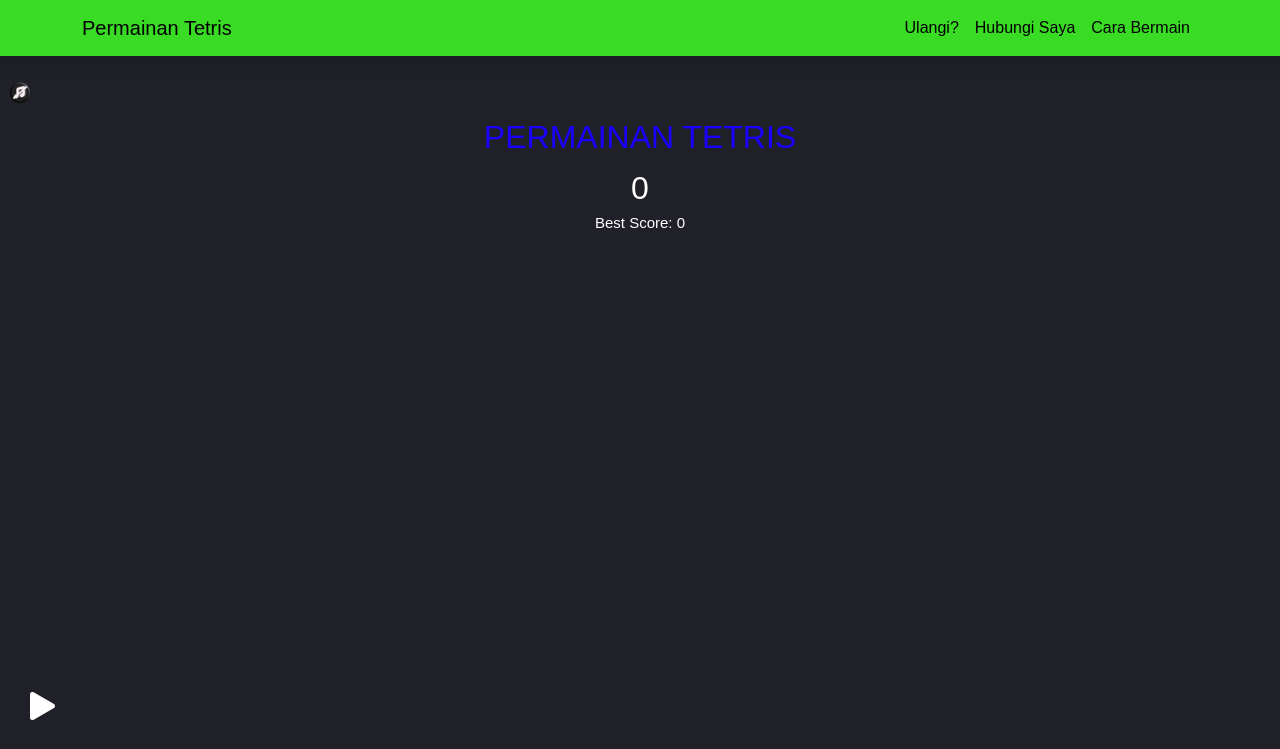
Repository: GwendiWisnuAnggoro/GwendiWisnuAnggoro.github.io
Page: Bahasa Indonesia/game/Tetris/tetris.html
These files come from the project's save history. The page is drawn as it stood at one moment and after the next save; the edit follows.
The browser window is 1280 px wide. The pictures show the whole page.

Above is the page before, as saved 2023-02-07 19:30:12.
Console error: SyntaxError: Unexpected end of input

After the next save:
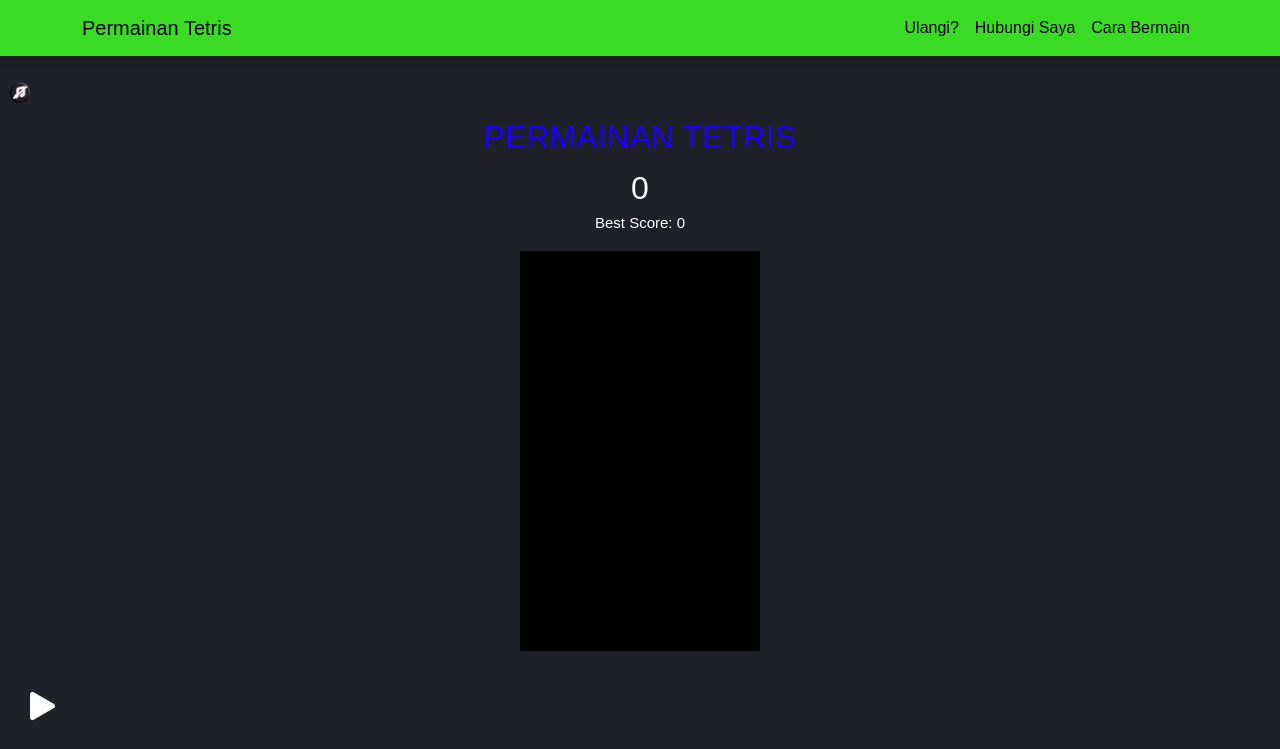
Console error: TypeError: Cannot read properties of null (reading 'forEach')
Saved 10 s later.
--- a/Bahasa Indonesia/game/Tetris/tetris.js
+++ b/Bahasa Indonesia/game/Tetris/tetris.js
@@ -330,7 +330,12 @@ if (event.keyCode === 37 || event.keyCode === 65) {
 } else if (event.keyCode === 32) {
     playerRotate(1); Muter.play();
 }
-
+});
+
+document.addEventListener('keyup', () => {
+clearTimeout(timer);
+timer = null;
+});
 // else if (event.keyCode === 39 || event.keyCode == 68) {
 //     playerMove(1); KiriKananBawah.play();
 // } else if (event.keyCode === 40 || event.keyCode == 83) {
